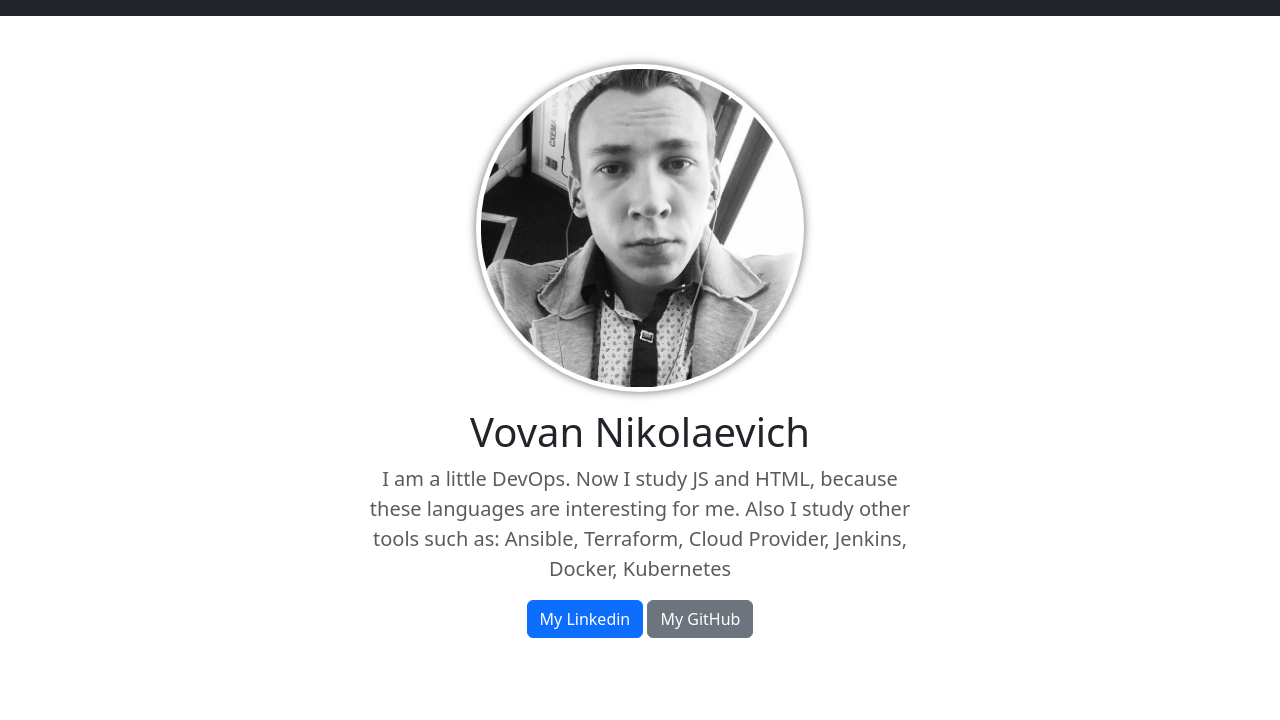
Repository: vovanbl411/mini-web-site
Page: index.html
An editor plug-in stored every save of this project. The page is shown before and after the next save, followed by the edit.
The browser window is 1280 px wide. The pictures show the whole page.

Above is the page before, as saved 2023-01-22 00:21:56.

### index.html
<!DOCTYPE html>
<html lang="en">
  <head>
    <meta charset="UTF-8" />
    <meta name="viewport" content="width=device-width, initial-scale=1.0" />
    <title>My page</title>
    <link
      href="https://cdn.jsdelivr.net/npm/bootstrap@5.3.0-alpha1/dist/css/bootstrap.min.css"
      rel="stylesheet"
      integrity="sha384-GLhlTQ8iRABdZLl6O3oVMWSktQOp6b7In1Zl3/Jr59b6EGGoI1aFkw7cmDA6j6gD"
      crossorigin="anonymous"
    />
    <style>
      .rounded-img {
        width: 60%;
        border-radius: 50%;
        box-shadow: 0 0 10px rgba(0, 0, 7, 0.6);
        padding: 0.3em;
        margin-bottom: 1em;
      }
    </style>
  </head>
  <body>
    <nav class="navbar bg-dark" data-bs-theme="dark">
      <!-- Navbar content -->
    </nav>
    <div class="container text-center my-5">
      <div class="row">
        <div class="col-lg-6 col-md-8 mx-auto">
          <img
            class="rounded-img"
            src="Screenshot.png"
            alt="Vovan Nikolaevich"
          />
          <h1 class="fw-light">Vovan Nikolaevich</h1>
          <p class="lead text-muted">
            I am a little DevOps. Now I study JS and HTML, because these
            languages are interesting for me. Also I study other tools such as:
            Ansible, Terraform, Cloud Provider, Jenkins, Docker, Kubernetes
          </p>
          <a
            href="https://www.linkedin.com/in/vovan-nikolaevich/"
            target="_blank"
            class="btn btn-primary"
          >
            My Linkedin
          </a>
          <a
            href="https://github.com/vovanbl411"
            target="_blank"
            class="btn btn-secondary"
          >
            My GitHub
          </a>
        </div>
      </div>
    </div>
  </body>
</html>

After the next save:
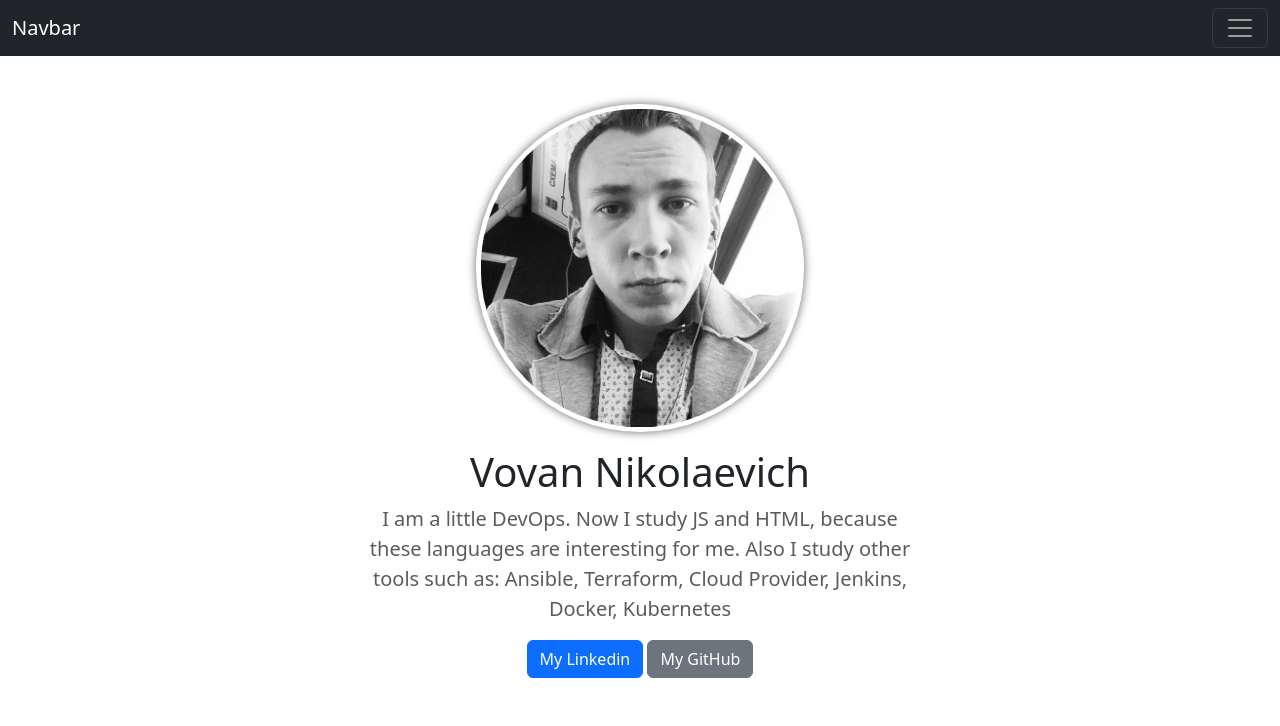
Saved 84 s later.
--- a/index.html
+++ b/index.html
@@ -22,7 +22,36 @@
   </head>
   <body>
     <nav class="navbar bg-dark" data-bs-theme="dark">
-      <!-- Navbar content -->
+      <div class="container-fluid">
+        <a class="navbar-brand" href="#">Navbar</a>
+        <button
+          class="navbar-toggler"
+          type="button"
+          data-bs-toggle="collapse"
+          data-bs-target="#navbarNav"
+          aria-controls="navbarNav"
+          aria-expanded="false"
+          aria-label="Toggle navigation"
+        >
+          <span class="navbar-toggler-icon"></span>
+        </button>
+        <div class="collapse navbar-collapse" id="navbarNav">
+          <ul class="navbar-nav">
+            <li class="nav-item">
+              <a class="nav-link active" aria-current="page" href="#">Home</a>
+            </li>
+            <li class="nav-item">
+              <a class="nav-link" href="#">Features</a>
+            </li>
+            <li class="nav-item">
+              <a class="nav-link" href="#">Pricing</a>
+            </li>
+            <li class="nav-item">
+              <a class="nav-link disabled">Disabled</a>
+            </li>
+          </ul>
+        </div>
+      </div>
     </nav>
     <div class="container text-center my-5">
       <div class="row">
